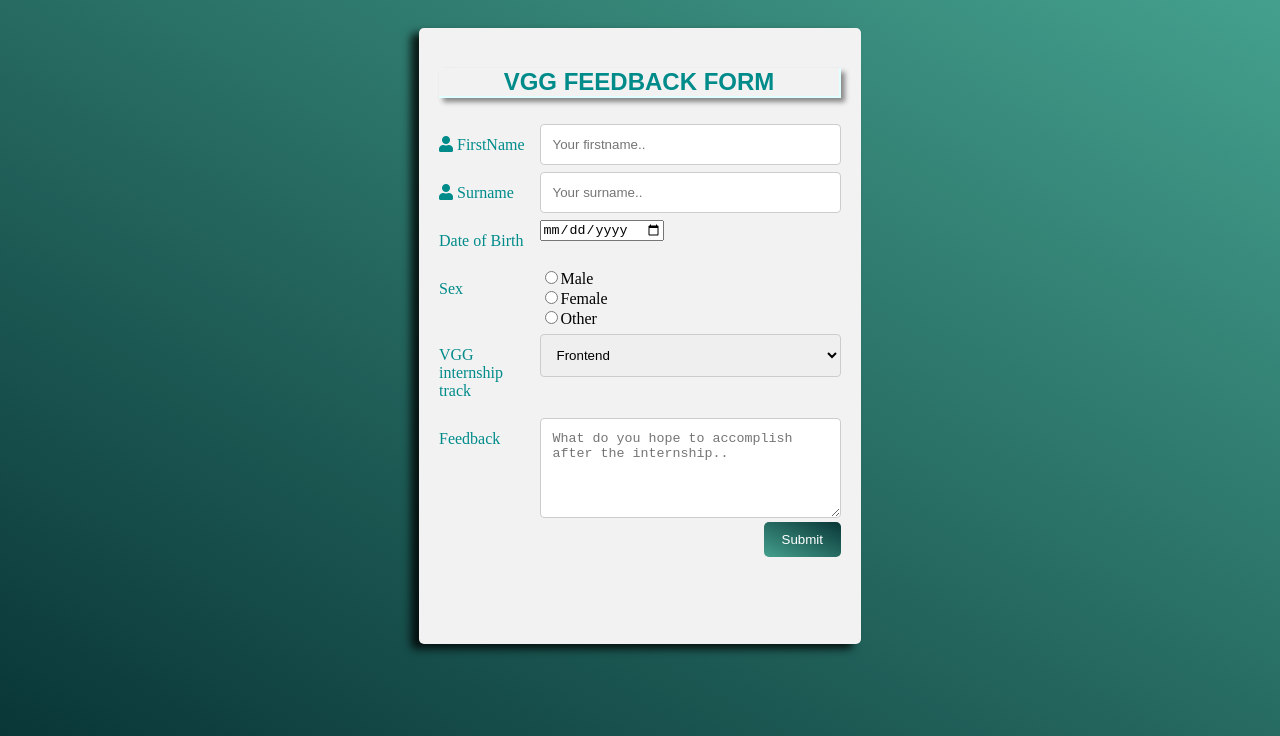
Repository: iphyokafor/VGG-Feedback-form
Page: index2.html
The author's editor kept a copy of each file at every save. The page is drawn from the files as they stood at one save, then again after the next save.
The browser window is 1280 px wide. The pictures show the whole page.
Some web libraries are served in a nearby version.

Above is the page before, as saved 2020-01-27 11:29:37.

After the next save:
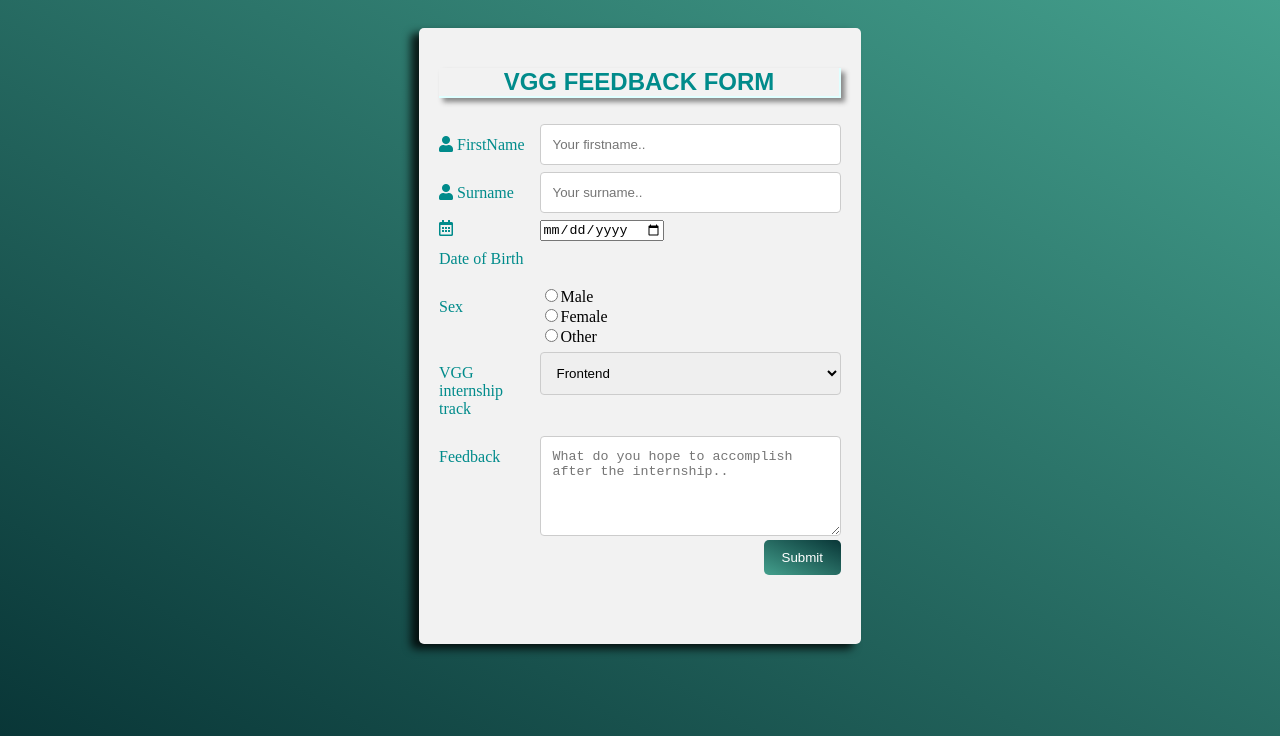
Saved 4 min 8 s later.
--- a/index2.html
+++ b/index2.html
@@ -34,6 +34,7 @@
             </div>
             <div class="row">
                 <div class="column1">
+                    <i class="far fa-calendar-alt"></i>
                     <label for="dob">Date of Birth</label>
                 </div>
                 <div class="column3">
